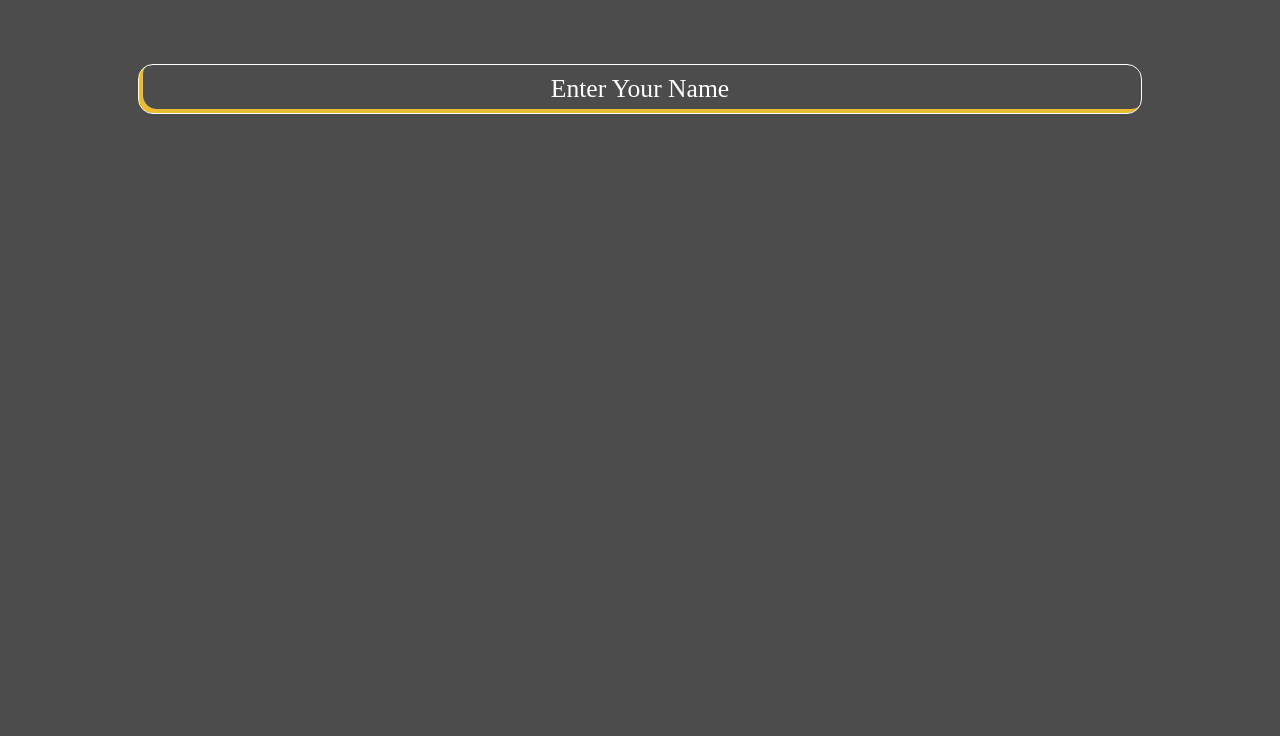
Repository: Haneef-Shaik/Greetings
Page: /
An editor plug-in stored every save of this project. The page is shown before and after the next save, followed by the edit.
The browser window is 1280 px wide. The pictures show the whole page.
The project was rebuilt for these pictures with package versions that can differ from the ones it lists, and the page was loaded fresh each time. The framework's server and built-in components were replaced by stand-ins that run in the browser. Also part of the build but not shown: next.config.js, styles/card.module.scss, components/card.js, styles/socialShare.module.scss, components/socialShare.js.

Above is the page before, as saved 2021-12-01 20:23:23.

### pages/_app.js
import '../styles/globals.css'
import 'bootstrap/dist/css/bootstrap.css'


function MyApp({ Component, pageProps }) {
  return <Component {...pageProps} />
}

export default MyApp

### pages/index.js
import Card from "../components/card.js";
import {useRouter} from 'next/router';
import Ss from "../components/socialShare"
import InpFrm from "../components/form"

export default function Home() {
  const {query} = useRouter();
  const myurls='https://gratefulprayerthankfulheart.com/wp-content/uploads/2014/12/aquawhitechristmastreegreeting.jpg';

  if(query.length > 0)
  {

    if(query.greeting)
    {
      return (
        <>
          <Card event={query.event} image={query.bgImg} name={query.name} greeting={query.greeting}  />
        </>
          )
    }
    else
    {
      return (
        <>
          <Card event={query.event} image={query.bgImg} name={query.name}  />
        </>
          )
    }

  }
  else
  {
    return (
        <>
          <InpFrm />
        </>
        )
  }
    // return (
    //   <>
        {/* <Card event='Event' image={myurls} name='Name' color='red' greeting="Lorem Ipsum is simply dummy text of the printing and typesetting industry. Lorem Ipsum has been thing software like Aldus PageMaker including versions of Lorem Ipsum."  /> */}
        {/* <Ss mylink="localhost:3000/name=haneef&event=christmas" /> */}
    {/*     <Ss mylink="localhost:3000/name=haneef&event=christmasW&sddsajnodsoduaibdadbksa" /> */}
    //   </>
    //     )

}

### components/form.js
/* eslint-disable no-undef */
import React, {useState,useRef} from 'react'

import 'bootstrap/dist/css/bootstrap.min.css';
import styles from '../styles/form.module.scss';
import IMAGE from 'next/image'


function Edit() {
    return (
        <div className="container-fluid p-2 "  style={{backgroundColor:'#4C4C4C'} }>
            <div className="container">
                <div className="row">
                    <div className="col-12">
                        <div className={styles.formContainer} >
                            <form>
                                <input type="text" placeholder="Enter Your Name" className="col-12 inpName" />
                            </form>
                        </div>
                    </div>
                </div>
            </div>
        </div>
    )
}


class InvitationCard extends React.Component{
    render(){
        return (

                <div className="body p-2" style={{backgroundColor: this.props.c,backgroundImage:`url(${this.props.im})`,backgroundSize:350,backgroundRepeat:'no-repeat'}} >
                    <h1 id="heading" style={{color: this.props.heading}}>{this.props.name}</h1>
                    <p style={{marginTop: "50px",color: this.props.content}}>{this.props.message}</p>
                    <p style={{color: this.props.content}} id="toWhom">{this.props.to}</p>
                </div>
        )
    }

}



export default Edit;

### styles/form.module.scss
.formContainer{
    padding:5%;
    height:100vh;
    background-color:#4C4C4C;
    // background: linear-gradient(#920000,#800000,#6D0000,#490000);
    input{
        text-align:center;
        font-family: 'Times New Roman', Times, serif;
        font-size:1.6rem;
        border:none;
        border: 1px solid #fff;
        background-color:transparent;
        border-radius:15px;
        box-shadow: inset 4px -4px 0px #EABC32;
        line-height:3rem;
        &::placeholder{
            color:#fff;
        }
    }
}

Loaded but not shown: styles/globals.css (common file)

After the next save:
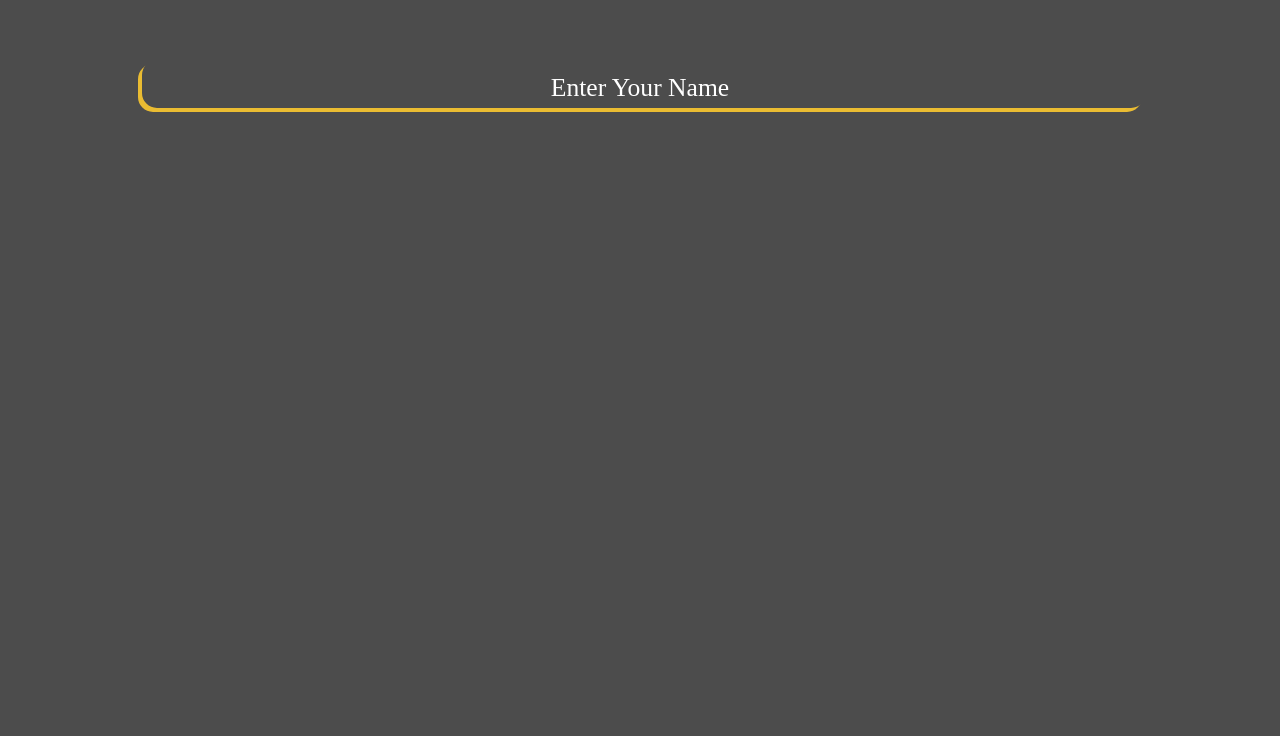
Saved 17 s later.
--- a/styles/form.module.scss
+++ b/styles/form.module.scss
@@ -8,7 +8,7 @@
         font-family: 'Times New Roman', Times, serif;
         font-size:1.6rem;
         border:none;
-        border: 1px solid #fff;
+        border: 1px solid #fff 1px solid black;
         background-color:transparent;
         border-radius:15px;
         box-shadow: inset 4px -4px 0px #EABC32;

After the 3 saves that followed:
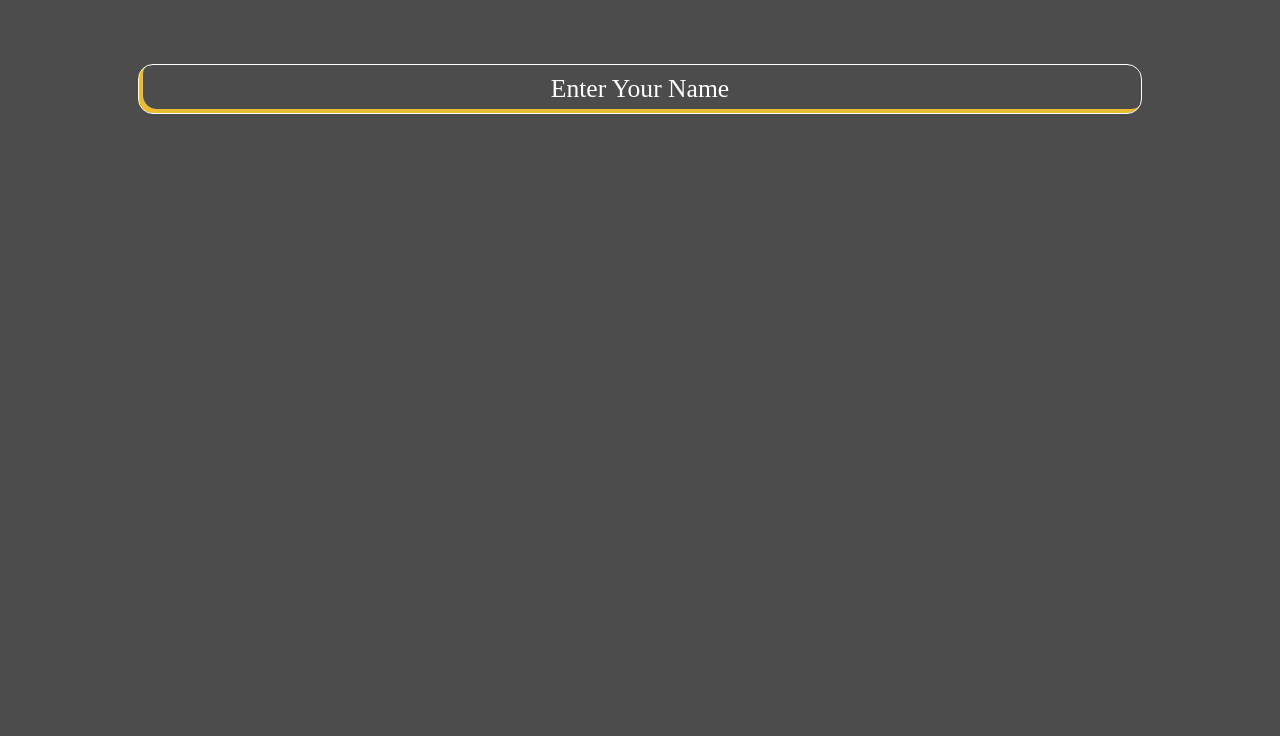
The 3 saves are shown as one change because 1 left the picture as it was and some came seconds apart.
The last was saved 23 s later.
--- a/styles/form.module.scss
+++ b/styles/form.module.scss
@@ -8,7 +8,7 @@
         font-family: 'Times New Roman', Times, serif;
         font-size:1.6rem;
         border:none;
-        border: 1px solid #fff 1px solid black;
+        border: 1px solid #fff ;
         background-color:transparent;
         border-radius:15px;
         box-shadow: inset 4px -4px 0px #EABC32;
